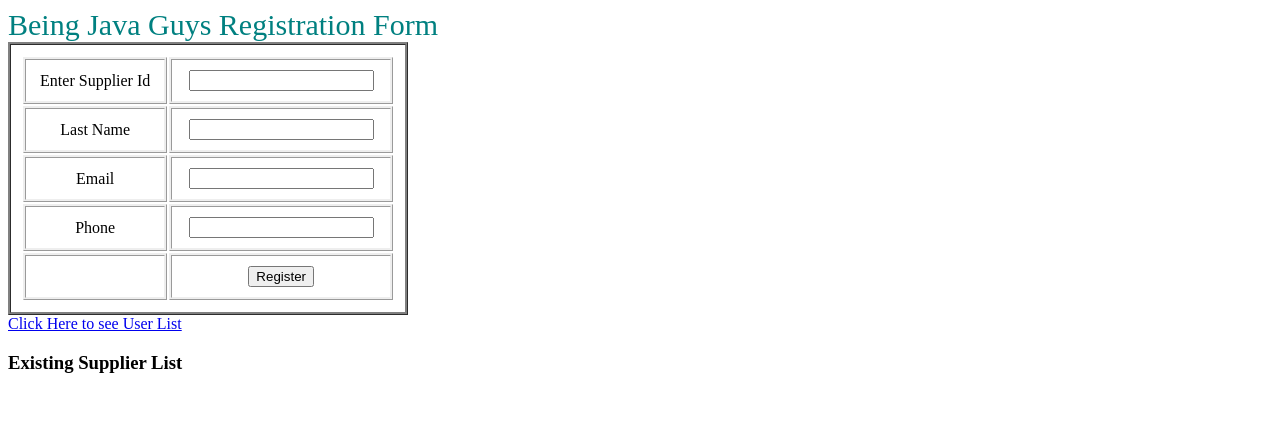
Repository: KaustubhKamat/ShoppingCartProject
Page: http://localhost/NewShoppingCart/WEB-INF/views/DeleteSupplier.jsp
The author's editor kept a copy of each file at every save. The page is drawn from the files as they stood at one save, then again after the next save.
The browser window is 1280 px wide. The pictures show the whole page.
The page is served by Tomcat 9. Nobody is signed in. Other server files are loaded and not shown. The template is opened directly, without the code that normally fills it, so the values that code supplies are empty.

Above is the page before, as saved 2017-01-17 05:13:53.

### NewShoppingCart/src/main/webapp/WEB-INF/views/DeleteSupplier.jsp
<%@ page language="java" contentType="text/html; charset=ISO-8859-1"
    pageEncoding="ISO-8859-1"%>
     <%@ taglib uri="http://java.sun.com/jsp/jstl/core" prefix="c"%>
     <%@ taglib uri="http://www.springframework.org/tags/form" prefix="form"%>
<!DOCTYPE html PUBLIC "-//W3C//DTD HTML 4.01 Transitional//EN" "http://www.w3.org/TR/html4/loose.dtd">
<html>
<head>
<style>
table, th, td {
	border-style: ridge;
	text-align: center;
	padding: 10px;
}
</style>
<meta http-equiv="Content-Type" content="text/html; charset=ISO-8859-1">
<title>Insert title here</title>
</head>
<body>
<div style="color: teal; font-size: 30px">Being Java Guys Registration Form</div>

  <c:url var="deleteSupplier" value="/DeleteSupplier /"></c:url>
  <form:form action="${deleteSupplier}"  modelAttribute="supplier" method="post" >
   <table width="400px" height="150px">
    <tr>
     <td><form:label path="supplier_id">Enter Supplier Id</form:label>
     </td>
     <td><form:input path="supplier_id" />
     </td>
    </tr>
    <tr>
     <td><form:label path="lastName">Last Name</form:label>
     </td>
     <td><form:input path="lastName" />
     </td>
    </tr>
    <tr>
     <td><form:label path="email">Email</form:label>
     </td>
     <td><form:input path="email" />
     </td>
    </tr>
    <tr>
     <td><form:label path="phone">Phone</form:label>
     </td>
     <td><form:input path="phone" />
     </td>
    </tr>
    <tr>
     <td></td>
     <td><input type="submit" value="Register" /></td>
    </tr>
   </table>
  </form:form>


  <a href="list">Click Here to see User List</a>
 </center>
<div class="col-sm-offset-4 col-sm-35">
<h3>Existing Supplier List</h3>
</div>
<div class="col-sm-offset-2 col-sm-20">
	<c:if test="${!empty supplierList}">
		<table class="tg">
			<tr>
				<th width="150">Supplier ID</th>
				<th width="150">Supplier Name</th>
				<th width="200">Supplier Address</th>
				<th width="100">Edit</th>
				<th width="150">Delete</th>
			</tr>
			</div>
			<c:forEach items="${supplierList}" var="supplier">
				<tr>
					<td>${supplier.id}</td>
					<td>${supplier.name}</td>
					<td>${supplier.address}</td>
					<td><a href="<c:url value='/manage_category_edit/${supplier.id}'/>">Edit</a></td>

					<td><a href="<c:url value='/manage_category_remove/${supplier.id}' />">Delete</a></td>
				</tr>
			</c:forEach>
		</table>
	</c:if>
</body>
</html>

After the next save:
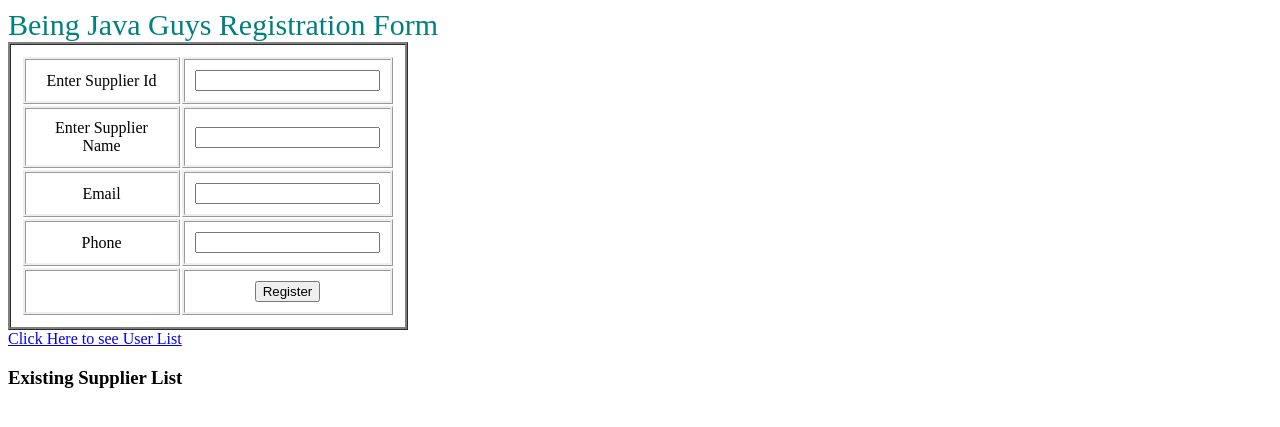
Saved 44 s later.
--- a/NewShoppingCart/src/main/webapp/WEB-INF/views/DeleteSupplier.jsp
+++ b/NewShoppingCart/src/main/webapp/WEB-INF/views/DeleteSupplier.jsp
@@ -28,7 +28,7 @@
      </td>
     </tr>
     <tr>
-     <td><form:label path="lastName">Last Name</form:label>
+     <td><form:label path="supplier_name">Enter Supplier Name</form:label>
      </td>
      <td><form:input path="lastName" />
      </td>
